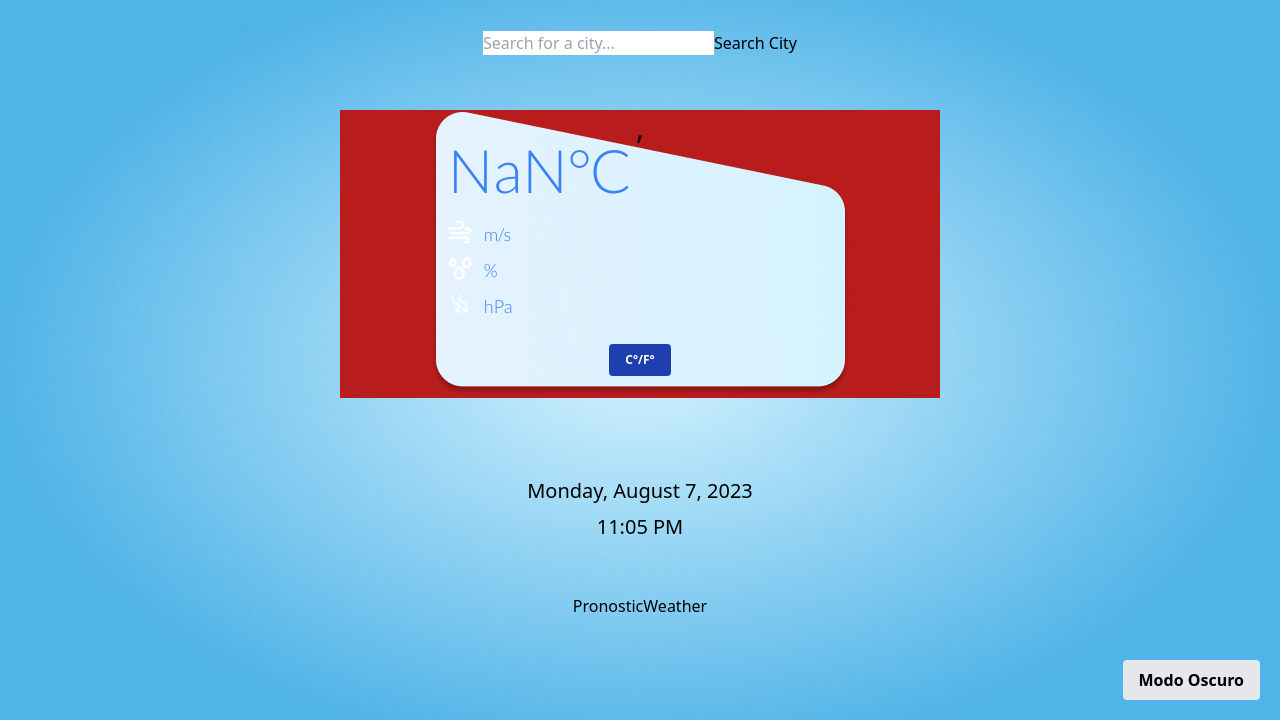
Repository: LukasMoyano/WeatherApp-_-LukasMoyano-_-V-_4.0_6.6.6
Page: /
The author's editor kept a copy of each file at every save. The page is drawn from the files as they stood at one save, then again after the next save.
The browser window is 1280 px wide. The pictures show the whole page.
The page's requests for data from a server got no answer. The project was rebuilt for these pictures with package versions that can differ from the ones it lists, and the page was loaded fresh each time. No one was signed in, and anything a server would have sent is missing. Also part of the build but not shown: vite.config.js.

Above is the page before, as saved 2023-08-08 01:40:02.

### index.html
<!DOCTYPE html>
<html lang="en">
  <head>
    <meta charset="UTF-8" />
    <link rel="icon" type="image/png" href="thor-hammer.png">
    <meta name="viewport" content="width=device-width, initial-scale=1.0" />
    <title>WeatherApp - LukasMoyano-</title>
  </head>
  <body>
    <div id="root"></div>
    <script type="module" src="/src/main.jsx"></script>
  </body>
</html>

### src/main.jsx
import React from 'react'
import ReactDOM from 'react-dom/client'
import App from "/src/App.jsx";

ReactDOM.createRoot(document.getElementById('root')).render(
  <React.StrictMode>
    <App />
  </React.StrictMode>,
)

### src/App.jsx
import React, { useEffect, useState } from "react";
import axios from "axios";
import Weather from "./components/Weather";
import "./App.css";
import SearchBar from "./components/SearchBar";
import PronosticWeather from "./components/PronosticWeather";
import Date_Hour from "./components/Date_Hour";

function App() {
  const [weatherInfo, setWeatherInfo] = useState(null);
  const [isDarkMode, setIsDarkMode] = useState(false);

  const toggleDarkMode = () => {
    setIsDarkMode(!isDarkMode);
  };

  useEffect(() => {
    navigator.geolocation.getCurrentPosition(success);
  }, []);

  const success = (pos) => {
    const lat = pos.coords.latitude;
    const lon = pos.coords.longitude;
    const API_KEY = "f61630c5193995d939b6b8024057b009";
    const url = `https://api.openweathermap.org/data/2.5/weather?lat=${lat}&lon=${lon}&appid=${API_KEY}`;

    axios
      .get(url)
      .then(({ data }) => setWeatherInfo(data))
      .catch((err) => console.log(err));
  };

  const backgroundImage = isDarkMode
    ? "background/image002_DarkVersion.jpg"
    : "background/image001_LightVersion.jpg";

  return (
    <div className={`min-h-screen ${isDarkMode ? "dark" : ""}`}>
      <main
        className={`bg-cover bg-center min-h-screen font-lato p-2 grid grid-rows-[1fr_5fr_2fr_1fr_1fr] place-items-center ${
          isDarkMode ? "bg-black bg-opacity-50 text-white" : "bg-white bg-opacity-70 text-black"
        }`}
        style={{
          backgroundImage: `url(${backgroundImage})`

        }}
      >
        <SearchBar setWeatherInfo={setWeatherInfo} />
        <Weather weatherInfo={weatherInfo} isDarkMode={isDarkMode} />

        <Date_Hour isDarkMode={isDarkMode}/>

        <PronosticWeather/>
        <button
          onClick={toggleDarkMode}
          className={`absolute bottom-5 right-5 px-4 py-2 font-bold rounded ${
            isDarkMode ? "bg-gray-800 text-white" : "bg-gray-200 text-black"
          }`}
        >
          {isDarkMode ? "Modo Claro" : "Modo Oscuro"}
        </button>
      </main>
    </div>
  );
}

export default App;

### src/components/Weather.jsx
import React, { useState } from "react";

const Weather = ({ weatherInfo, isDarkMode }) => {
  const [isCelsius, setIsCelsius] = useState(true);

  const toggleTemperatureUnit = () => {
    setIsCelsius(!isCelsius);
  };

  const convertTemperature = (temperature) => {
    if (isCelsius) {
      return Math.round(temperature - 273.15) + "°C";
    } else {
      return Math.round(((temperature - 273.15) * 9) / 5 + 32) + "°F";
    }
  };

  const iconspngweathers = {
    "01n": "public/iconsweatherstates_day/01n.png",
    "02n": "public/iconsweatherstates_day/02n.png",
    "03n": "public/iconsweatherstates_day/03n.png",
    "04n": "public/iconsweatherstates_day/04n.png",
    "09n": "public/iconsweatherstates_day/09n.png",
    "10n": "public/iconsweatherstates_day/10n.png",
    "11n": "public/iconsweatherstates_day/11n.png",
    "13n": "public/iconsweatherstates_day/13n.png",
    "50n": "public/iconsweatherstates_day/50n.png",
    "01d": "public/iconsweatherstates_day/01d.png",
    "02d": "public/iconsweatherstates_day/02d.png",
    "03d": "public/iconsweatherstates_day/03d.png",
    "04d": "public/iconsweatherstates_day/04d.png",
    "09d": "public/iconsweatherstates_day/09d.png",
    "10d": "public/iconsweatherstates_day/10d.png",
    "11d": "public/iconsweatherstates_day/11d.png",
    "13d": "public/iconsweatherstates_day/13d.png",
    "50d": "public/iconsweatherstates_day/50d.png",
  };

  return (
    <main className="grid place-items-center max-w-[600px] w-full bg-yellow-400">
      <section
        className={`bg-red-700 w-full grid grid-rows-[1fr_4fr_1fr] place-items-center relative ${isDarkMode ? " text-white" : " text-black"}`}
      >
        {/* Nombre de la Ciudad */}
        {/* País */}
        <h1 className="text-center text-3xl pb-3">
          {weatherInfo?.name}, {weatherInfo?.sys?.country}
        </h1>

        <section className="absolute">
          {isDarkMode ? (
            <div>
              <img
                className=""
                src="public/background_info_cads/card_image002_Dark version.png"
              />
            </div>
          ) : (
            <div>
              <img
                className=""
                src="public/background_info_cads/card_image001_LightVersion.png"
              />
            </div>
          )}
        </section>

        <section className="absolute z-10 grid grid-cols-2 justify-center-items-center">
          {/* Columna Izquierda */}
          <div className="flex flex-col gap-5 p-2 text-center">
            {/* Temperatura Actual */}
            <div
              className={` font-lato font-Lato text-6xl font-light leading-23 tracking-normal text-center text-blue-500
           ${isDarkMode ? "text-white" : "text-black"}`}
            >
              {convertTemperature(weatherInfo?.main.temp)}
            </div>
            {/* Detalles del Clima */}
            <div className="font-Lato font-light text-center text-blue-500 grid grid-raws-3 gap-2">
              <div className="flex gap-3 text-lg ">
                <img
                  src="./images/wind.png"
                  alt="Wind Icon"
                  className="w-6 h-6"
                />
                {weatherInfo?.wind.speed} m/s
              </div>
              <div className="flex gap-3 text-lg">
                <img
                  src="./images/humidity.png"
                  alt="Humidity Icon"
                  className="w-6 h-6"
                />
                {weatherInfo?.main.humidity}%
              </div>
              <div className="flex gap-3 text-lg">
                <img
                  src="./images/pressure.png"
                  alt="Pressure Icon"
                  className="w-6 h-6"
                />
                {weatherInfo?.main.pressure} hPa
              </div>
            </div>
          </div>

          {/* Columna Derecha */}
          <div className="grid grid-rows-[repeat(2,auto)]  items-center w-full  text-center">
            {/* Icono del Clima */}
            {weatherInfo?.weather[0].icon && (
              <img
                className="w-full"
                src={`${iconspngweathers[weatherInfo?.weather[0].icon]}`}
                alt="Weather Icon"
              />
            )}
            <h3 className="">{weatherInfo?.weather[0].description}</h3>
          </div>
          {/* Botón para Alternar entre Celsius y Fahrenheit */}
          <section className="items-center mt-4 col-span-2">
            <button
              onClick={toggleTemperatureUnit}
              className={`bg-blue-800 hover:bg-blue-700 text-white font-bold py-2 px-4 rounded mx-auto block text-xs ${
                isDarkMode ? "bg-opacity-70" : "bg-opacity-100"
              }`}
            >
              C°/F°
            </button>
          </section>
        </section>
      </section>
    </main>
  );
};

export default Weather;

### src/App.css
@import url(https://fonts.googleapis.com/css?family=Lato:100,100italic,300,300italic,regular,italic,700,700italic,900,900italic);

@import url('https://fonts.googleapis.com/css2?family=Lato:wght@300;400;700&display=swap');


@import 'tailwindcss/base';
@import 'tailwindcss/components';
@import 'tailwindcss/utilities';

### src/components/SearchBar.jsx
import React, { useState, useEffect } from "react";
import axios from "axios";

const SearchBar = ({ setWeatherInfo }) => {
  const [city, setCity] = useState("");
  const [suggestedCities, setSuggestedCities] = useState([]);
  const [isFetching, setIsFetching] = useState(false);

  const API_KEY = "f61630c5193995d939b6b8024057b009";

  const handleCityChange = (event) => {
    const value = event.target.value;
    setCity(value);
    if (value) {
      fetchSuggestedCities(value);
    } else {
      setSuggestedCities([]);
    }
  };

  const fetchSuggestedCities = async (query) => {
    setIsFetching(true);
    try {
      const response = await fetch(
        `https://api.openweathermap.org/data/2.5/find?q=${query}&type=like&cnt=5&appid=${API_KEY}`
      );
      const data = await response.json();
      setSuggestedCities(data.list);
    } catch (error) {
      console.error("Error fetching suggested cities:", error);
    } finally {
      setIsFetching(false);
    }
  };

  const handleSuggestionClick = (suggestion) => {
    setCity(suggestion.name);
    setSuggestedCities([]);
  };

  const handleSearch = () => {
    if (city.trim() !== "") {
      fetchWeatherData(city);
    }
  };

  const fetchWeatherData = (city) => {
    const url = `https://api.openweathermap.org/data/2.5/weather?q=${city}&appid=${API_KEY}`;

    axios
      .get(url)
      .then(({ data }) => setWeatherInfo(data))
      .catch((err) => console.log(err));
  };

  useEffect(() => {
    const handleKeyPress = (event) => {
      if (event.key === "Enter") {
        handleSearch();
      }
    };
    window.addEventListener("keydown", handleKeyPress);
    return () => {
      window.removeEventListener("keydown", handleKeyPress);
    };
  }, [city]);

  return (
    <main>
      <label>
        <input
          type="text"
          value={city}
          placeholder="Search for a city..."
          onChange={handleCityChange}
        />
        {suggestedCities.length > 0 && (
          <ul className="suggestions">
            {suggestedCities.map((suggestion) => (
              <li
                key={suggestion.id}
                onClick={() => handleSuggestionClick(suggestion)}
              >
                {suggestion.name}, {suggestion.sys.country}
              </li>
            ))}
          </ul>
        )}
        <button onClick={handleSearch} disabled={isFetching}>
          Search City
        </button>
      </label>
    </main>
  );
};

export default SearchBar;

### src/components/PronosticWeather.jsx
import React from 'react'

const PronosticWeather = () => {
  return (
    <div>PronosticWeather</div>
  )
}

export default PronosticWeather

### src/components/Date_Hour.jsx
import React from "react";

export const Date_Hour = ({isDarkMode}) => {

  const getCurrentDateTime = () => {
    const currentDate = new Date();
    const options = {
      weekday: "long",
      day: "numeric",
      month: "long",
      year: "numeric",
    };
    const date = currentDate.toLocaleDateString(undefined, options);
    const time = currentDate.toLocaleTimeString(undefined, {
      hour: "numeric",
      minute: "numeric",
    });
    return { date, time };
  };

  const { date, time } = getCurrentDateTime();

  return (
    <div>
      {/* Mostrar la Fecha y Hora */}
      <section className="text-center mt-4">
        <p
          className={`text-xl mb-2 ${isDarkMode ? "text-white" : "text-black"}`}
        >
          {date}
        </p>
        <p className={`text-xl ${isDarkMode ? "text-white" : "text-black"}`}>
          {time}
        </p>
      </section>
    </div>
  );
};

export default Date_Hour;

### tailwind.config.js
/** @type {import('tailwindcss').Config} */
export default {
  content: [
    "./index.html",
    "./src/**/*.{js,ts,jsx,tsx}",
  ],
  theme: {
    extend: {},
    fontFamily: {
      Lato: ["Lato", "Sans-Serif"]
    }
  },
  plugins: [],

}

After the next save:
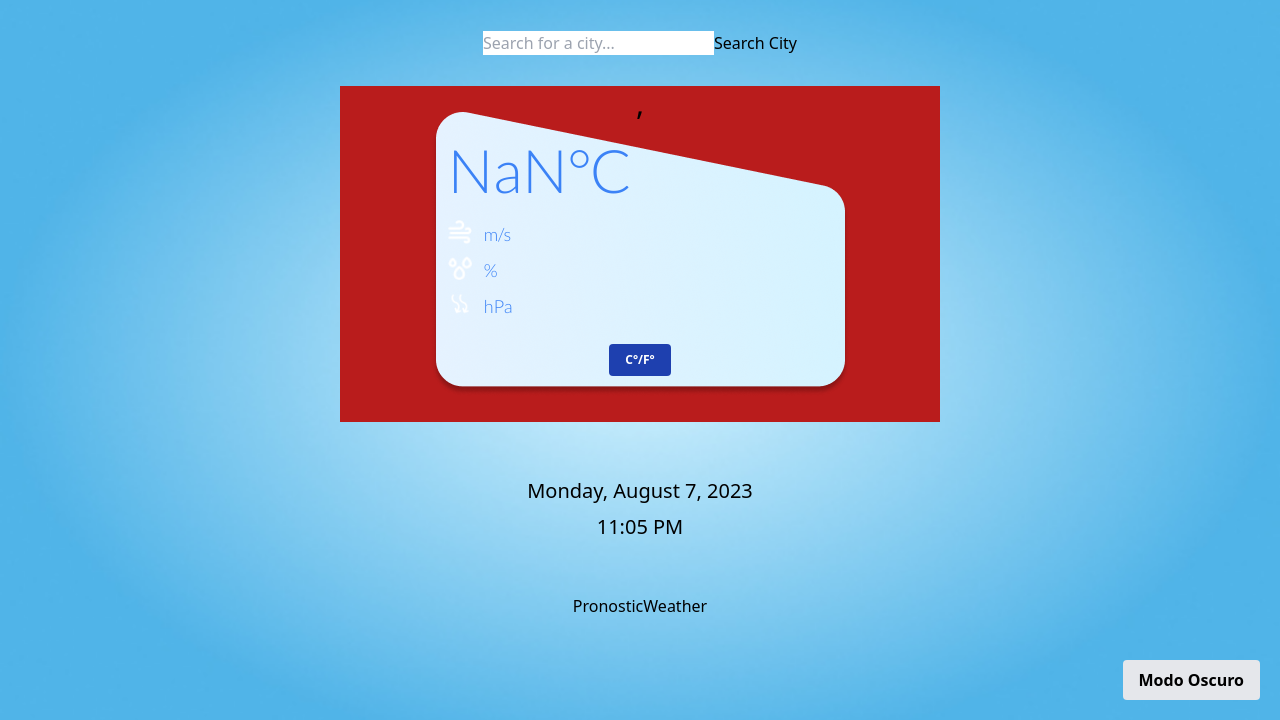
Saved 12 s later.
--- a/src/components/Weather.jsx
+++ b/src/components/Weather.jsx
@@ -39,7 +39,7 @@ const Weather = ({ weatherInfo, isDarkMode }) => {
   return (
     <main className="grid place-items-center max-w-[600px] w-full bg-yellow-400">
       <section
-        className={`bg-red-700 w-full grid grid-rows-[1fr_4fr_1fr] place-items-center relative ${isDarkMode ? " text-white" : " text-black"}`}
+        className={`bg-red-700 w-full grid grid-rows-[1fr_5fr_1fr] place-items-center relative ${isDarkMode ? " text-white" : " text-black"}`}
       >
         {/* Nombre de la Ciudad */}
         {/* País */}
